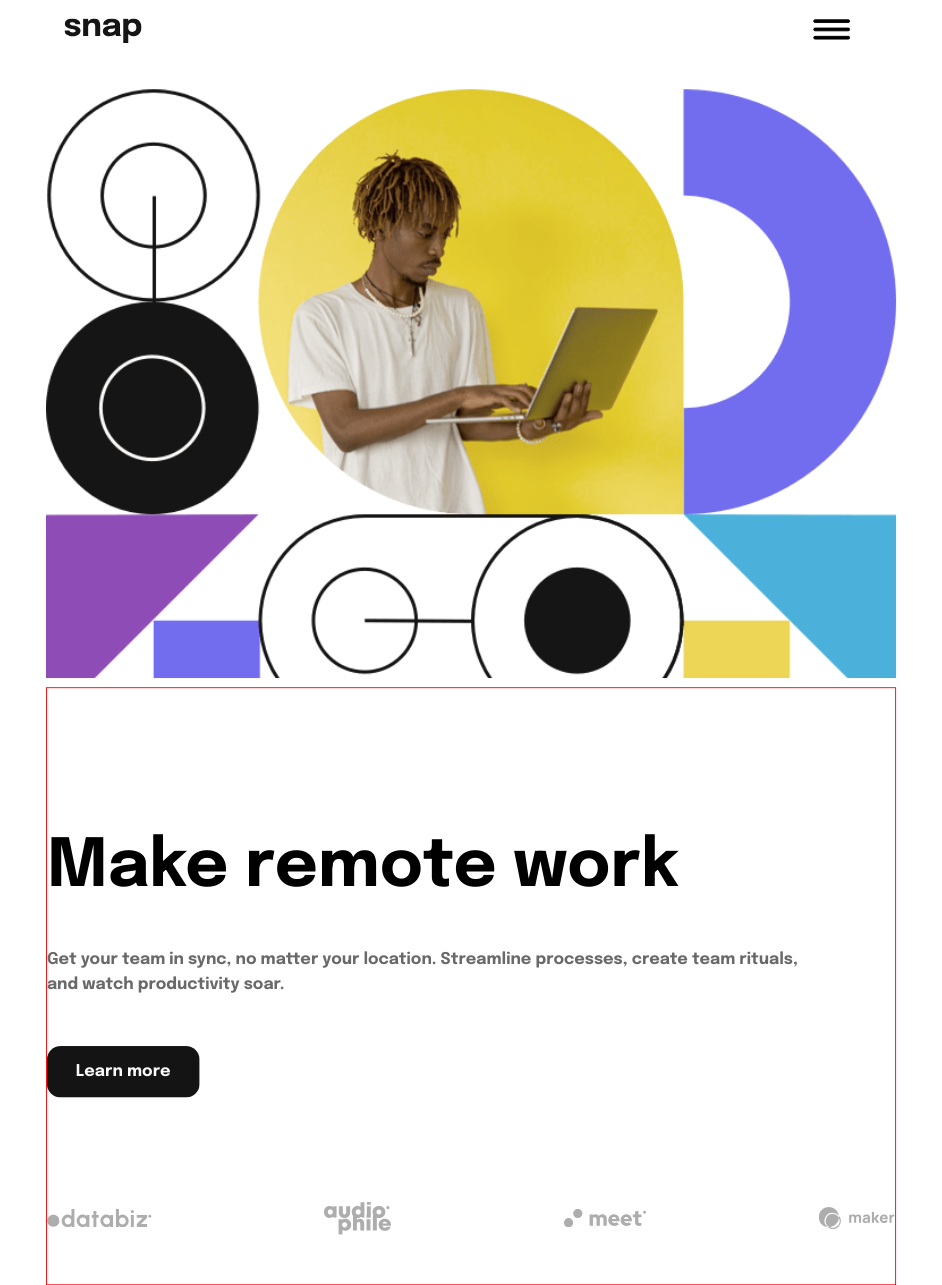
Repository: KamoliddinGIT/intro-section-with-dropdown
Page: index.html
These files come from the project's save history. The page is drawn as it stood at one moment and after the next save; the edit follows.
The browser window is 1024 px wide. The pictures show the whole page, at 92% of full size.

Above is the page before, as saved 2023-09-24 19:31:52.

### index.html
<!DOCTYPE html>
<html lang="en">
  <head>
    <meta charset="UTF-8" />
    <meta name="viewport" content="width=device-width, initial-scale=1.0" />
    <link
      rel="icon"
      type="image/png"
      sizes="32x32"
      href="./images/favicon-32x32.png"
    />
    <link
      href="https://fonts.googleapis.com/css2?family=Epilogue:wght@500;700&display=swap"
      rel="stylesheet"
    />
    <link rel="stylesheet" href="./css/style.css" />
    <title>Intro section with dropdown navigation</title>
  </head>
  <body>
    <div class="container">
      <div class="header">
        <img src="./images/logo.svg" alt="logo" class="logo" />
        <div class="nav-items">
          <ul class="nav">
            <li>
              <button class="features">
                Features
                <img
                  src="./images/icon-arrow-down.svg"
                  alt="arrow"
                  class="arrow-1"
                />
              </button>
              <ul class="toggle__1" style="display: none">
                <li>
                  <img src="./images/icon-todo.svg" alt="icon" /> Todo List
                </li>
                <li>
                  <img src="./images/icon-calendar.svg" alt="icon" /> Calendar
                </li>
                <li>
                  <img src="./images/icon-reminders.svg" alt="icon" /> Reminders
                </li>
                <li>
                  <img src="./images/icon-planning.svg" alt="icon" /> Planning
                </li>
              </ul>
            </li>
            <li>
              <button class="company">
                Company
                <img
                  src="./images/icon-arrow-down.svg"
                  alt="arrow"
                  class="arrow-2"
                />
              </button>
              <ul class="toggle__2" style="display: none">
                <li>History</li>
                <li>Our Team</li>
                <li>Blog</li>
              </ul>
            </li>
            <li>Careers</li>
            <li>About</li>
          </ul>
          <div class="sign__options">
            <a href="#" class="login">Login</a>
            <a href="#" class="register">Register</a>
          </div>
        </div>
        <div class="hamburgers" onclick="burger()">
          <div class="burger__1" id="b1"></div>
          <div class="burger__1" id="b2"></div>
          <div class="burger__1" id="b3"></div>
        </div>
        <nav class="nav-menu">
          <ul id="nav">
            <li>
              <button class="features" id="features">
                Features
                <img
                  src="./images/icon-arrow-down.svg"
                  alt="arrow"
                  class="arrow-1"
                  id="arrow-1"
                />
              </button>
              <ul class="toggle__1" id="toggle__1" style="display: none">
                <li>
                  <img src="./images/icon-todo.svg" alt="icon" /> Todo List
                </li>
                <li>
                  <img src="./images/icon-calendar.svg" alt="icon" /> Calendar
                </li>
                <li>
                  <img src="./images/icon-reminders.svg" alt="icon" /> Reminders
                </li>
                <li>
                  <img src="./images/icon-planning.svg" alt="icon" /> Planning
                </li>
              </ul>
            </li>
            <li>
              <button class="company" id="company">
                Company
                <img
                  src="./images/icon-arrow-down.svg"
                  alt="arrow"
                  class="arrow-2"
                  id="arrow-2"
                />
              </button>
              <ul class="toggle__2" id="toggle__2" style="display: none">
                <li>History</li>
                <li>Our Team</li>
                <li>Blog</li>
              </ul>
            </li>
            <li>Careers</li>
            <li>About</li>
          </ul>
          <div id="sign__options">
            <a href="#" class="login">Login</a>
            <a href="#" class="register">Register</a>
          </div>
        </nav>
      </div>
      <section class="main">
        <div class="main-info">
          <div class="main__text">
            <h1>Make remote work</h1>
            <p>
              Get your team in sync, no matter your location. Streamline
              processes, create team rituals, and watch productivity soar.
            </p>
            <a href="#">Learn more</a>
          </div>
          <div class="main__imgs">
            <img src="./images/client-databiz.svg" alt="client" />
            <img src="./images/client-audiophile.svg" alt="audiophile" />
            <img src="./images/client-meet.svg" alt="meet" />
            <img src="./images/client-maker.svg" alt="maker" />
          </div>
        </div>
        <div class="main-img"></div>
      </section>
    </div>

    <script src="./js/index.js"></script>
    <script src="./js/main.js"></script>
  </body>
</html>

### css/style.css
* {
  margin: 0;
  padding: 0;
  box-sizing: border-box;
}

body {
  width: 100%;
  height: 100vh;
  display: flex;
  justify-content: center;
  align-items: center;
  padding: 0 50px;
  font-family: "Epilogue", sans-serif;
}

.container {
  display: flex;
  flex-direction: column;
  align-items: center;
  width: 100%;
  height: 100%;
  gap: 30px;
}

.header {
  position: relative;
  width: 100%;
  padding: 20px;
  display: flex;
  align-items: center;
  gap: 50px;
  font-size: 1.6rem;
  color: #696969;
}

.nav {
  display: flex;
  width: 377px;
  height: 21px;
  align-items: center;
  gap: 2.3rem;
  list-style-type: none;
}

#nav {
  display: flex;
  align-items: start;
  flex-direction: column;
  margin-top: 48px;
  width: 100%;
  height: 132px;
  gap: 1rem;
  list-style-type: none;
}

.features,
.company {
  display: flex;
  flex-direction: row;
  gap: 0.5rem;
  font-weight: 700;
  color: hsl(0, 0%, 41%);
  text-decoration: none;
  align-items: center;
  font-size: 14px;
  transition: all ease-in-out 0.3s;
  cursor: pointer;
  background-color: transparent;
  border: none;
}

.toggle__1 {
  position: absolute;
  top: 4rem;
  width: 133px;
  height: 148px;
  display: flex;
  flex-direction: column;
  align-items: start;
  gap: 1rem;
  border-radius: 10px;
  background-color: #fff;
  padding: 1rem;
  box-shadow: -2px 10px 24px -11px rgba(0, 0, 0, 0.62);
  -webkit-box-shadow: -2px 10px 24px -11px rgba(0, 0, 0, 0.62);
  -moz-box-shadow: -2px 10px 24px -11px rgba(0, 0, 0, 0.62);
  z-index: 1;
}

.toggle__1 li {
  display: flex;
  gap: 1rem;
  align-items: center;
}

#features,
#company {
  display: flex;
  flex-direction: row;
  gap: 0.5rem;
  font-weight: 700;
  color: hsl(0, 0%, 41%);
  text-decoration: none;
  align-items: center;
  font-size: 14px;
  transition: all ease-in-out 0.3s;
  cursor: pointer;
  background-color: transparent;
  border: none;
}

#toggle__1 {
  position: absolute;
  top: 5.5rem;
  width: 133px;
  height: 148px;
  display: flex;
  flex-direction: column;
  align-items: start;
  gap: 1rem;
  border-radius: 10px;
  background-color: #fff;
  padding: 1rem;
  box-shadow: -2px 10px 24px -11px rgba(0, 0, 0, 0.62);
  -webkit-box-shadow: -2px 10px 24px -11px rgba(0, 0, 0, 0.62);
  -moz-box-shadow: -2px 10px 24px -11px rgba(0, 0, 0, 0.62);
  z-index: 1;
}

#toggle__1 li {
  display: flex;
  gap: 1rem;
  align-items: center;
}

li {
  display: flex;
  flex-direction: row;
  gap: 0.5rem;
  font-weight: 700;
  color: hsl(0, 0%, 41%);
  text-decoration: none;
  align-items: center;
  font-size: 14px;
  transition: all ease-in-out 0.3s;
  cursor: pointer;
  background-color: transparent;
  border: none;
}

.nav-items {
  width: 1210px;
  height: 40px;
  display: flex;
  align-items: center;
  justify-content: space-between;
}

.sign__options {
  width: 184px;
  height: 40px;
  display: flex;
  justify-content: space-between;
  align-items: center;
}

.login {
  background-color: transparent;
  border: none;
  color: hsl(0, 0%, 41%);
  font-size: 0.9rem;
  font-weight: 700;
  cursor: pointer;
  transition: all ease-in-out 0.3s;
  text-decoration: none;
}

.login:hover {
  color: black;
}

.register {
  display: flex;
  justify-content: center;
  align-items: center;
  width: 121px;
  height: 40px;
  border: 2px solid hsl(0, 0%, 8%);
  transition: all ease-in-out 0.3s;
  background-color: transparent;
  color: hsl(0, 0%, 41%);
  text-decoration: none;
  padding: 0.5rem 1.35rem;
  border-radius: 15px;
  font-size: 0.9rem;
  font-weight: 700;
  cursor: pointer;
}

.register:hover {
  border-color: hsl(0, 0%, 41%);
  color: hsl(0, 0%, 41%);
}

.features:hover {
  color: black;
}

.company:hover {
  color: black;
}

.toggle__1 li:hover {
  cursor: pointer;
  color: black;
}

.toggle__2 li:hover {
  cursor: pointer;
  color: black;
}

ul li:hover {
  color: black;
}

.toggle__2 {
  width: 100px;
  height: 121px;
  display: flex;
  flex-direction: column;
  justify-content: center;
  align-items: start;
  gap: 1rem;
  border-radius: 10px;
  position: absolute;
  background-color: white;
  padding: 1rem;
  top: 4rem;
  box-shadow: -2px 10px 24px -11px rgba(0, 0, 0, 0.62);
  -webkit-box-shadow: -2px 10px 24px -11px rgba(0, 0, 0, 0.62);
  -moz-box-shadow: -2px 10px 24px -11px rgba(0, 0, 0, 0.62);
  z-index: 1;
}

#toggle__2 {
  width: 100px;
  height: 121px;
  display: flex;
  flex-direction: column;
  justify-content: center;
  align-items: start;
  gap: 1rem;
  border-radius: 10px;
  position: absolute;
  background-color: white;
  padding: 1rem;
  top: 7rem;
  box-shadow: -2px 10px 24px -11px rgba(0, 0, 0, 0.62);
  -webkit-box-shadow: -2px 10px 24px -11px rgba(0, 0, 0, 0.62);
  -moz-box-shadow: -2px 10px 24px -11px rgba(0, 0, 0, 0.62);
  z-index: 1;
}

.hamburgers {
  position: absolute;
  top: -25px;
  right: -5px;
  display: none;
  flex-direction: column;
  justify-content: center;
  align-items: center;
  width: 50px;
  height: 50px;
  margin-right: 50px;
  margin-top: 29px;
  z-index: 9999;
}
.hamburgers:hover {
  cursor: pointer;
}
.burger__1:nth-child(1) {
  width: 40px;
  height: 4px;
  border: 1px solid #000;
  border-radius: 20px;
  margin-top: 5px;
  background-color: #000;
}
.burger__1:nth-child(3) {
  width: 40px;
  height: 4px;
  border: 1px solid #000;
  border-radius: 20px;
  margin-top: 5px;
  background-color: #000;
}

#b2 {
  width: 40px;
  height: 4px;
  border: 1px solid #000;
  border-radius: 20px;
  margin-top: 5px;
  background-color: #000;
}

.nav-menu {
  display: none;
  flex-direction: column;
  align-items: start;
  justify-content: start;
  max-width: 633px;
  width: 100%;
  height: 598px;
  position: fixed;
  padding: 1rem;
  background-color: white;
  height: 100%;
  right: 0;
  top: 0;
  gap: 2rem;
}

.sign__options {
  width: 184px;
  height: 78px;
  display: flex;
  justify-content: space-between;
  text-align: center;
  align-items: center;
}

#sign__options {
  width: 161px;
  height: 78px;
  margin: 0 auto;
  display: flex;
  flex-direction: column;
  justify-content: space-around;
  text-align: center;
  align-items: center;
}

/* -------------------main-starts----------------- */

.main {
  width: 1100px;
  height: 640px;
  display: flex;
  align-items: center;
  justify-content: space-between;
}

.main-info {
  display: flex;
  flex-direction: column;
  align-items: center;
  justify-content: space-between;
  width: 532px;
  height: 100%;
}

.main__text {
  margin-top: 104px;
  width: 100%;
  height: 400px;
  display: flex;
  flex-direction: column;
  align-items: start;
  gap: 3.1rem;
}

.main-img {
  background-image: url("../images/image-hero-desktop.png");
  background-repeat: no-repeat;
  background-position: 0 0;
  background-size: cover;
  width: 480px;
  height: 640px;
}

.main__text p {
  color: hsl(0, 0%, 41%);
  font-size: 1.1rem;
  font-weight: 700;
  line-height: 1.7rem;
  width: 90%;
}

.main__text a {
  display: flex;
  justify-content: center;
  align-items: center;
  border-radius: 15px;
  border: 1px solid transparent;
  background-color: hsl(0, 0%, 8%);
  padding: 0.9rem 1.9rem;
  color: rgba(250, 250, 250, 255);
  text-decoration: none;
  font-size: 1.1rem;
  font-weight: 600;
  margin-top: 3.5px;
  transition: all ease-in-out 0.3s;
  height: 56px;
}

.main__text h1 {
  font-size: 72px;
  font-weight: bold;
}

.main__imgs {
  width: 100%;
  display: flex;
  justify-content: space-between;
  align-items: center;
}

/* -------------------main-ends------------------- */

/* ------------media-starts-------------- */

@media only screen and (max-width: 1100px) {
  .nav-items {
    display: none;
  }
  .hamburgers {
    display: flex;
  }
  .container {
    max-width: 1100px;
    width: 100%;
  }
  .main {
    width: 100%;
    min-height: 1300px;
    flex-direction: column-reverse;
  }
  .main-info {
    width: 100%;
    height: 50%;
    justify-content: center;
    border: 1px solid red;
  }
  .main-img {
    width: 100%;
    background-image: url("../images/image-hero-mobile.png");
  }
}

@media only screen and (min-width: 1100px) {
  .nav-menu {
    display: none;
  }
}

/* --------------media-ends------------ */

### js/index.js
"use strict";

let features = document.querySelector(".features"),
  arrow1 = document.querySelector(".arrow-1"),
  toggle1 = document.querySelector(".toggle__1");

let onOff = false;

features.addEventListener("click", () => {
  if (onOff === false) {
    arrow1.src = "../images/icon-arrow-up.svg";
    toggle1.style.cssText = "display: flex";
    toggle2.style.cssText = "display: none";
    onOff = true;
  } else {
    arrow1.src = "../images/icon-arrow-down.svg";
    toggle1.style.cssText = "display: none";
    onOff = false;
  }
});

let company = document.querySelector(".company"),
  arrow2 = document.querySelector(".arrow-2"),
  toggle2 = document.querySelector(".toggle__2");

let onOff2 = false;

company.addEventListener("click", () => {
  if (onOff2 === false) {
    arrow2.src = "../images/icon-arrow-up.svg";
    toggle2.style.cssText = "display: flex";
    toggle1.style.cssText = "display: none";

    onOff2 = true;
  } else {
    arrow2.src = "../images/icon-arrow-down.svg";
    toggle2.style.cssText = "display: none";
    onOff2 = false;
  }
});

// hamburger //
let nav_menu = document.querySelector(".nav-menu");
let over1 = document.querySelector("#over1");
let over2 = document.querySelector("#over2");
let over3 = document.querySelector("#over3");
let over4 = document.querySelector("#over4");

let a1 = document.querySelector(".a1");
let a2 = document.querySelector(".a2");
let a3 = document.querySelector(".a3");
let a4 = document.querySelector(".a4");
let b1 = document.querySelector("#b1");
let b2 = document.querySelector("#b2");
let b3 = document.querySelector("#b3");
let body = document.body;

let Click = true;
function burger() {
  if (Click) {
    nav_menu.style.cssText = "display: flex;";
    body.style.cssText =
      "background-color: rgba(6, 6, 6, 0.15);  backdrop-filter: blur(3px);";
    b1.style.cssText =
      " transform: rotate(45deg); width: 40px;  position: absolute;";
    b3.style.cssText =
      " transform: rotate(-45deg); width: 40px;  position: absolute;";
    b2.style.cssText =
      "margin-right: border-color: white; background-color: white; border: none;";
    Click = false;
  } else {
    nav_menu.style.cssText = "display: none;";
    body.style.cssText = "background-color: white;  backdrop-filter: blur(0);";
    b1.style.cssText = " transform: rotate(0deg); width: 40px;";
    b3.style.cssText = " transform: rotate(0deg); width: 40px;";
    b2.style.cssText = "background-color: black";
    Click = true;
  }
}

### js/main.js
"use strict";

let features1 = document.querySelector("#features"),
  arrow_1 = document.querySelector("#arrow-1"),
  toggle_1 = document.querySelector("#toggle__1");

let onOff1 = false;

features1.addEventListener("click", () => {
  if (onOff1 === false) {
    arrow_1.src = "../images/icon-arrow-up.svg";
    toggle_1.style.cssText = "display: flex";
    toggle_2.style.cssText = "display: none";
    onOff1 = true;
  } else {
    arrow_1.src = "../images/icon-arrow-down.svg";
    toggle_1.style.cssText = "display: none";
    onOff1 = false;
  }
});

let company_1 = document.querySelector("#company"),
  arrow_2 = document.querySelector("#arrow-2"),
  toggle_2 = document.querySelector("#toggle__2");

let onOff_2 = false;

company_1.addEventListener("click", () => {
  if (onOff_2 === false) {
    arrow_2.src = "../images/icon-arrow-up.svg";
    toggle_2.style.cssText = "display: flex";
    toggle_1.style.cssText = "display: none";

    onOff_2 = true;
  } else {
    arrow_2.src = "../images/icon-arrow-down.svg";
    toggle_2.style.cssText = "display: none";
    onOff_2 = false;
  }
});

After the next save:
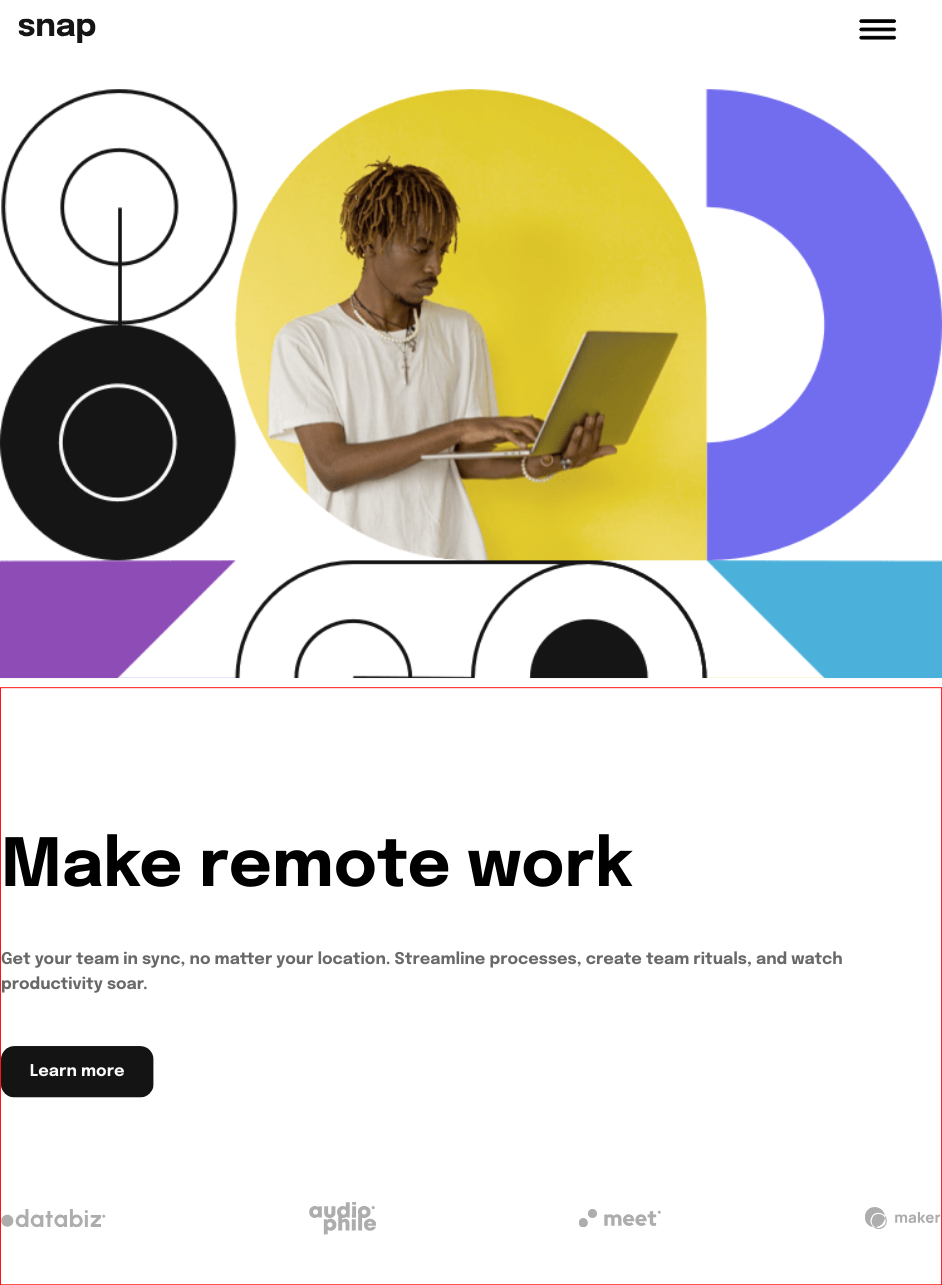
Saved 114 s later.
--- a/css/style.css
+++ b/css/style.css
@@ -423,6 +423,9 @@
 /* ------------media-starts-------------- */
 
 @media only screen and (max-width: 1100px) {
+  body {
+    padding: 0;
+  }
   .nav-items {
     display: none;
   }

After the save that followed:
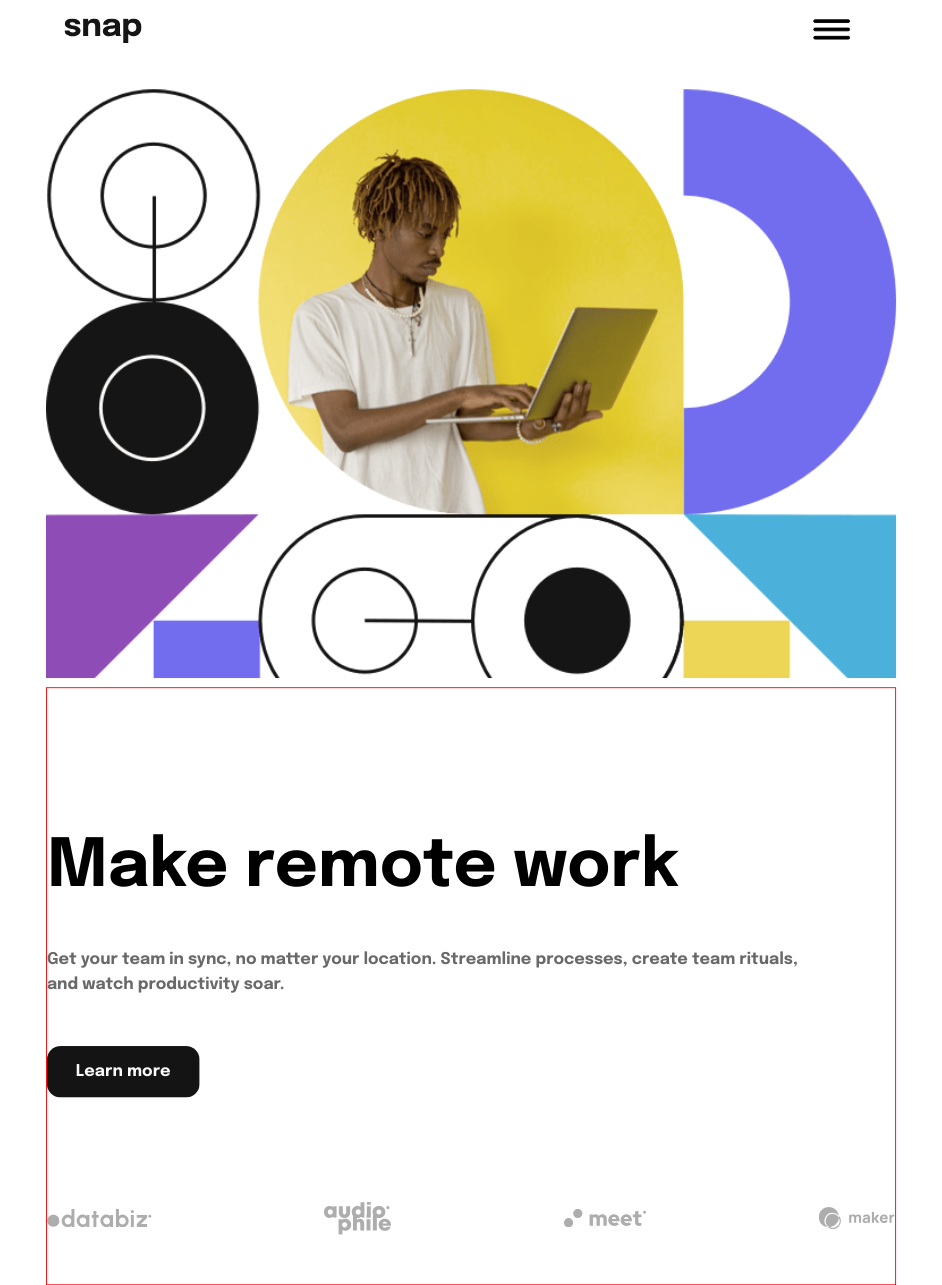
Saved 9 s later.
--- a/css/style.css
+++ b/css/style.css
@@ -423,9 +423,6 @@
 /* ------------media-starts-------------- */
 
 @media only screen and (max-width: 1100px) {
-  body {
-    padding: 0;
-  }
   .nav-items {
     display: none;
   }
